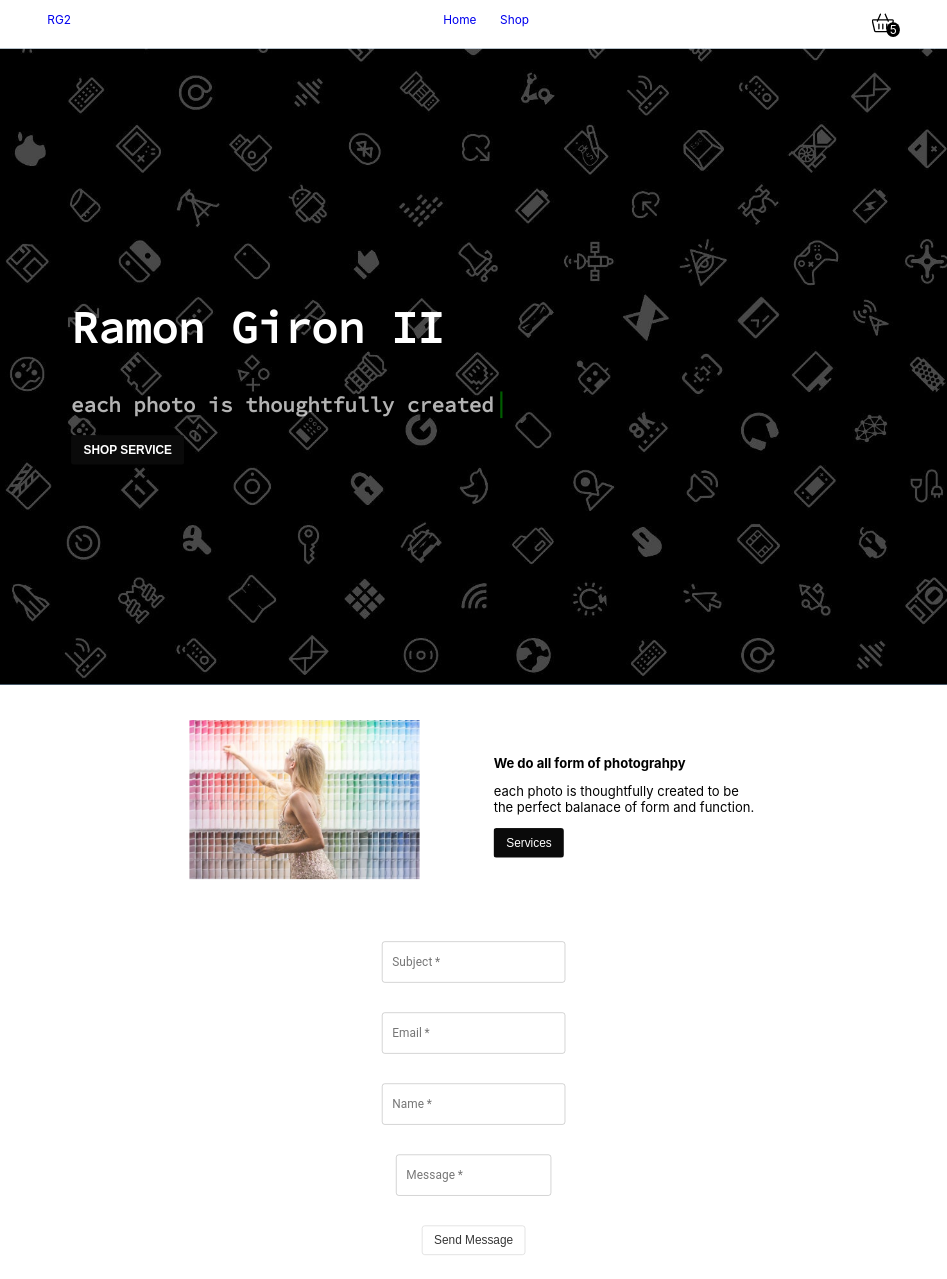
Repository: realistmccoy/coolify
Page: / (app in personalecom/)
An editor plug-in stored every save of this project. The page is shown before and after a run of saves, followed by the edit.
The browser window is 1280 px wide. The pictures show the whole page, at 74% of full size.
The project was rebuilt for these pictures with package versions that can differ from the ones it lists, and the page was loaded fresh each time.

Above is the page before, as saved 2021-02-21 23:44:54.

After the next 2 saves:
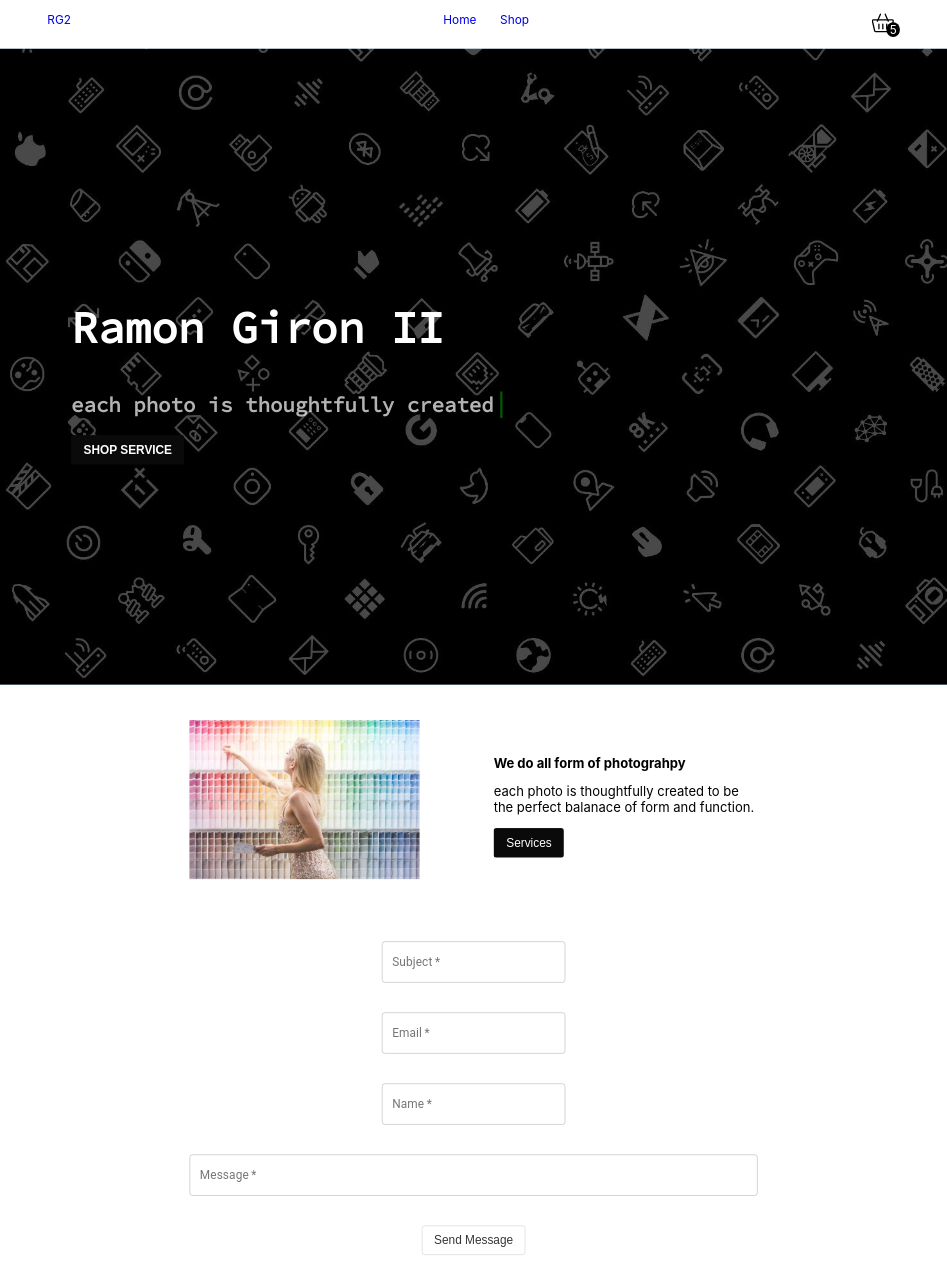
The 2 saves are shown as one change because they came seconds apart.
The last was saved 12 s later.
--- a/personalecom/src/components/contactform/contactForm.jsx
+++ b/personalecom/src/components/contactform/contactForm.jsx
@@ -110,7 +110,7 @@ state = {name:"",message:"",email:"",subject:"",sent:false,buttonText:"Send Mess
         <br />
         <br />
         <br />
-        <TextField
+        <TextField fullWidth
           id="standard-multiline-flexible"
           label="Message"
           placeholder="Enter Message"
